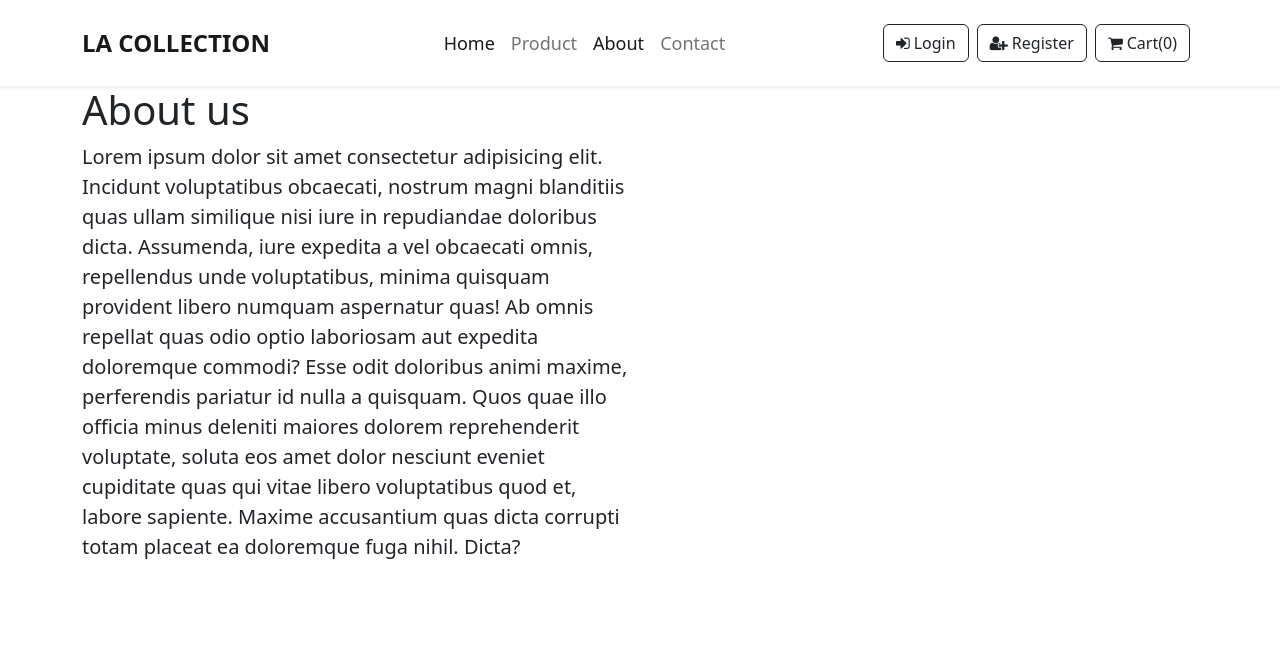
Repository: tiendungjr123/Ecommerce
Page: /about
These files come from the project's save history. The page is drawn as it stood at one moment and after the next save; the edit follows.
The browser window is 1280 px wide. The pictures show the whole page.
The project was rebuilt for these pictures with package versions that can differ from the ones it lists, and the page was loaded fresh each time. Also part of the build but not shown: src/components/Products.jsx, src/components/Home.jsx, src/redux/action/index.js, src/components/ProductDetail.jsx.

Above is the page before, as saved 2022-10-04 10:32:30.

### src/index.js
import React from 'react';
import ReactDOM from 'react-dom/client';
import './index.css';
import App from './App';
import '../node_modules/bootstrap/dist/css/bootstrap.min.css';
import '../node_modules/font-awesome/css/font-awesome.min.css';
import 'react-loading-skeleton/dist/skeleton.css'
import { BrowserRouter } from 'react-router-dom';
import store from './redux/store';
import { Provider } from 'react-redux';
const root = ReactDOM.createRoot(document.getElementById('root'));
root.render(
   <BrowserRouter>
      <Provider store={store}>
         <App />
      </Provider>
   </BrowserRouter>
);

### src/index.css
body {
   margin: 0;
   font-family: -apple-system, BlinkMacSystemFont, "Segoe UI", "Roboto", "Oxygen", "Ubuntu", "Cantarell", "Fira Sans",
      "Droid Sans", "Helvetica Neue", sans-serif;
   -webkit-font-smoothing: antialiased;
   -moz-osx-font-smoothing: grayscale;
}

code {
   font-family: source-code-pro, Menlo, Monaco, Consolas, "Courier New", monospace;
}

### src/App.js
import './App.css';
import Home from './components/Home';
import Navbar from './components/Navbar';
import {Route,  Routes} from 'react-router-dom';
import Products from './components/Products';
import ProductDetail from './components/ProductDetail';
import About from './components/About';
function App() {
   return (
      <>
         <Navbar/>
         <Routes>
            <Route exact path='/' element={<Home/>}/>
            <Route exact path='/products' element={<Products/>}/>
            <Route exact path='/products/:id' element={<ProductDetail/>}/>
            <Route exact path='/about' element={<About/>}/>
         </Routes>
      </>
   );
}

export default App;

### src/redux/store.js
import { createStore } from "redux";
import rootReducers from "./reducer";
const store = createStore(rootReducers);

export default store;

### src/App.css
/* Navbar css */

.navbar-nav a{
   font-size: 18px;
}

### src/components/Navbar.jsx
import React from 'react';
import { NavLink } from 'react-router-dom';
import { useSelector } from 'react-redux';
const Navbar = () => {
   const state = useSelector((state) => state.handleCart);
   return (
      <div>
         <nav className="navbar navbar-expand-lg bg-white py-3 shadow-sm">
            <div className="container">
               <NavLink className="navbar-brand fw-bold fs-4" to="/">LA COLLECTION</NavLink>
               <button className="navbar-toggler" type="button" data-bs-toggle="collapse" data-bs-target="#navbarSupportedContent" aria-controls="navbarSupportedContent" aria-expanded="false" aria-label="Toggle navigation">
                  <span className="navbar-toggler-icon"></span>
               </button>
               <div className="collapse navbar-collapse" id="navbarSupportedContent">
                  <ul className="navbar-nav mx-auto mb-2 mb-lg-0">
                     <li className="nav-item">
                        <NavLink className="nav-link active" aria-current="page" to="/">Home</NavLink>
                     </li>
                     <li className="nav-item">
                        <NavLink className="nav-link" to="/products">Product</NavLink>
                     </li>
                     <li className="nav-item">
                        <NavLink className="nav-link" to="/about">About</NavLink>
                     </li>
                     <li className="nav-item">
                        <NavLink className="nav-link" to="/contact">Contact</NavLink>
                     </li>
                  </ul>
                  <div className="buttons ">
                     <NavLink to="/login" className='btn btn-outline-dark'>
                        <i className='fa fa-sign-in me-1'></i>Login
                     </NavLink>
                     <NavLink to="/register" className='btn btn-outline-dark ms-2'>
                        <i className='fa fa-user-plus me-1'></i>Register
                     </NavLink>
                     <NavLink to="/cart" className='btn btn-outline-dark m-2'>
                        <i className='fa fa-shopping-cart me-1'></i>Cart({state.length})
                     </NavLink>
                  </div>
               </div>
            </div>
         </nav>
      </div>
   );
}

export default Navbar;

### src/components/About.jsx
import React from 'react';

const About = () => {
   return (
      <div>
         <div className="container">
            <div className="row">
               <div className="col-md-6">
                  <h1>About us</h1>
                  <p className='lead'>Lorem ipsum dolor sit amet consectetur adipisicing elit. Incidunt voluptatibus obcaecati, nostrum magni blanditiis quas ullam similique nisi iure in repudiandae doloribus dicta. Assumenda, iure expedita a vel obcaecati omnis, repellendus unde voluptatibus, minima quisquam provident libero numquam aspernatur quas! Ab omnis repellat quas odio optio laboriosam aut expedita doloremque commodi? Esse odit doloribus animi maxime, perferendis pariatur id nulla a quisquam. Quos quae illo officia minus deleniti maiores dolorem reprehenderit voluptate, soluta eos amet dolor nesciunt eveniet cupiditate quas qui vitae libero voluptatibus quod et, labore sapiente. Maxime accusantium quas dicta corrupti totam placeat ea doloremque fuga nihil. Dicta?</p>
               </div>
            </div>
         </div>
      </div>
   );
}

export default About;

### src/redux/reducer/index.js
import handleCart from "./handleCart";
import { combineReducers } from "redux";

const rootReducers =  combineReducers({
   handleCart,
})

export default rootReducers;

### src/redux/reducer/handleCart.js
const cart = [];

const handleCart = (state = cart, action) => {
   const product = action.payload;
   switch (action.type) {
      case 'cart/addProduct':
         const exits = state.find((x) => x.id === product.id);
         if (exits) {
            return state.map((x) => x.id === product.id ? { ...x, qty: x.qty + 1 } : x)
         }else{
            const product = action.payload;
            return [
               ...state,
               {
                  ...product,
                  qty: 1,
               }
            ]
         }
         break;
      case 'cart/deleteProduct':
         const exits1 = state.find((x) => x.id === product.id);
         if(exits1.qty === 1){
            return state.filter((x) => x.id !== exits1.id)
         }
         else{
            return state.map((x) =>
               x.id === product.id ? {...x, qty: x.qty-1}:x
            );
         }
         break;
      default:
         return state;
   }
}

export default handleCart;

Loaded but not shown: public/index.html (common file)

After the next save:
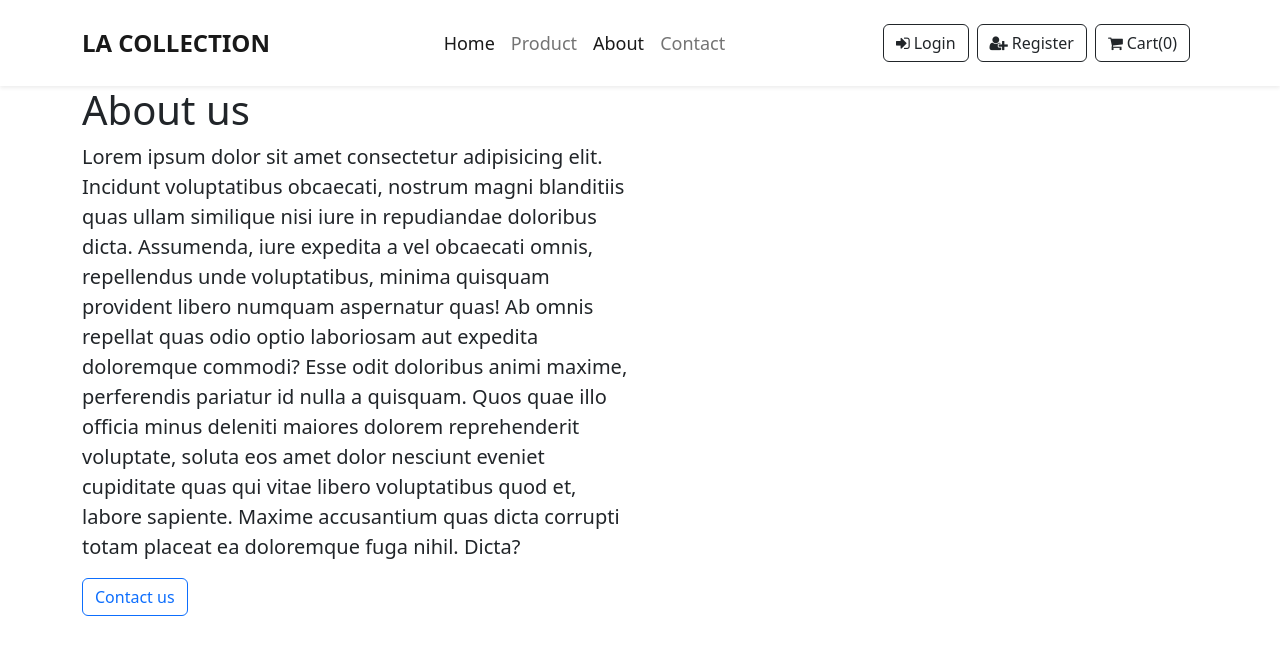
Saved 2 min 11 s later.
--- a/src/components/About.jsx
+++ b/src/components/About.jsx
@@ -1,4 +1,5 @@
 import React from 'react';
+import { NavLink } from 'react-router-dom';
 
 const About = () => {
    return (
@@ -8,6 +9,7 @@ const About = () => {
                <div className="col-md-6">
                   <h1>About us</h1>
                   <p className='lead'>Lorem ipsum dolor sit amet consectetur adipisicing elit. Incidunt voluptatibus obcaecati, nostrum magni blanditiis quas ullam similique nisi iure in repudiandae doloribus dicta. Assumenda, iure expedita a vel obcaecati omnis, repellendus unde voluptatibus, minima quisquam provident libero numquam aspernatur quas! Ab omnis repellat quas odio optio laboriosam aut expedita doloremque commodi? Esse odit doloribus animi maxime, perferendis pariatur id nulla a quisquam. Quos quae illo officia minus deleniti maiores dolorem reprehenderit voluptate, soluta eos amet dolor nesciunt eveniet cupiditate quas qui vitae libero voluptatibus quod et, labore sapiente. Maxime accusantium quas dicta corrupti totam placeat ea doloremque fuga nihil. Dicta?</p>
+                  <NavLink to='/contact' className='btn btn-outline-primary'>Contact us</NavLink>
                </div>
             </div>
          </div>
